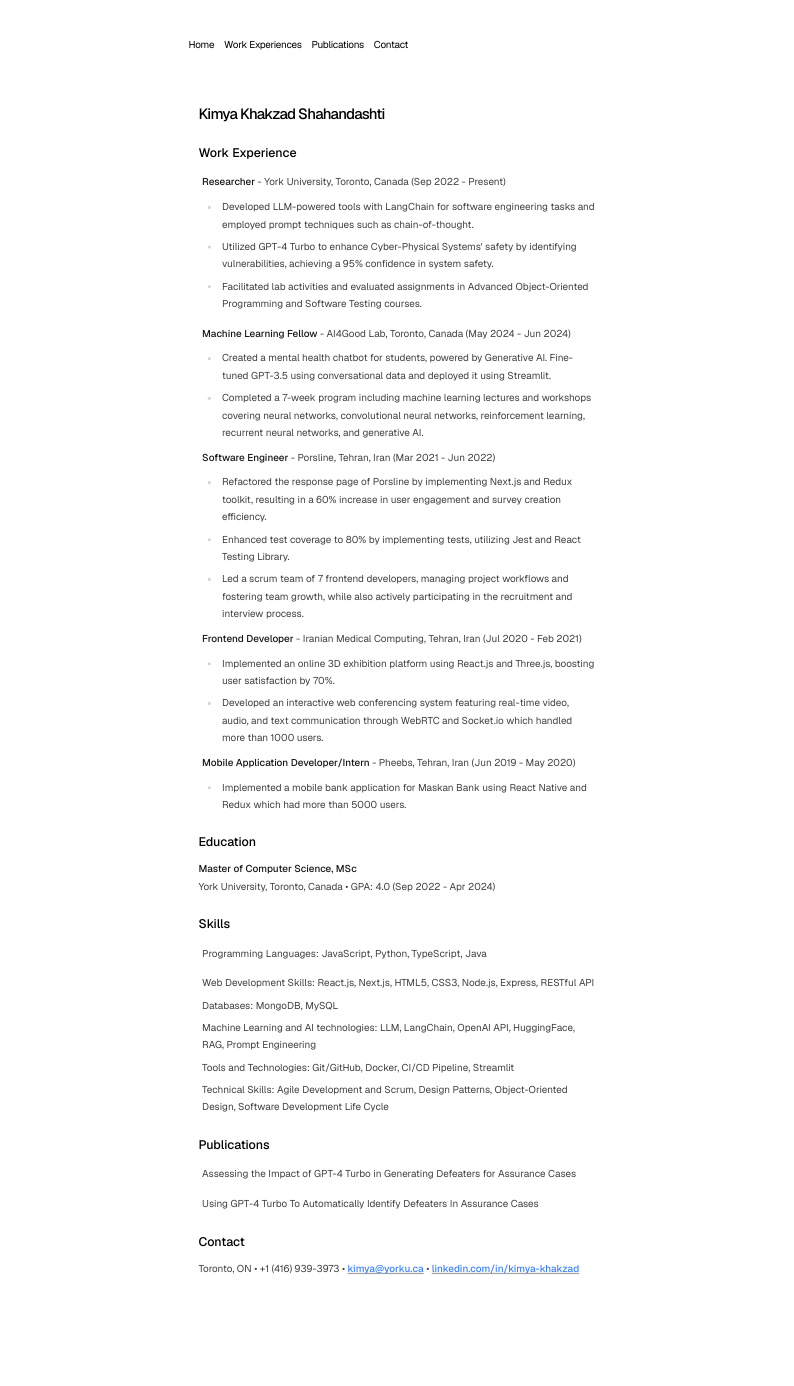
Repository: kimixz/kimixz.github.io
Page: /
The author's editor kept a copy of each file at every save. The page is drawn from the files as they stood at one save, then again after the next save.
The browser window is 1280 px wide. The pictures show the whole page, at 62% of full size.
The project was rebuilt for these pictures with package versions that can differ from the ones it lists, and the page was loaded fresh each time. Some packages were replaced by stand-ins written for this rebuild. The framework's server and built-in components were replaced by stand-ins that run in the browser. Also part of the build but not shown: next.config.mjs, app/blog/[slug]/sandpack.tsx.

Above is the page before, as saved 2024-07-28 16:20:20.

After the next save:
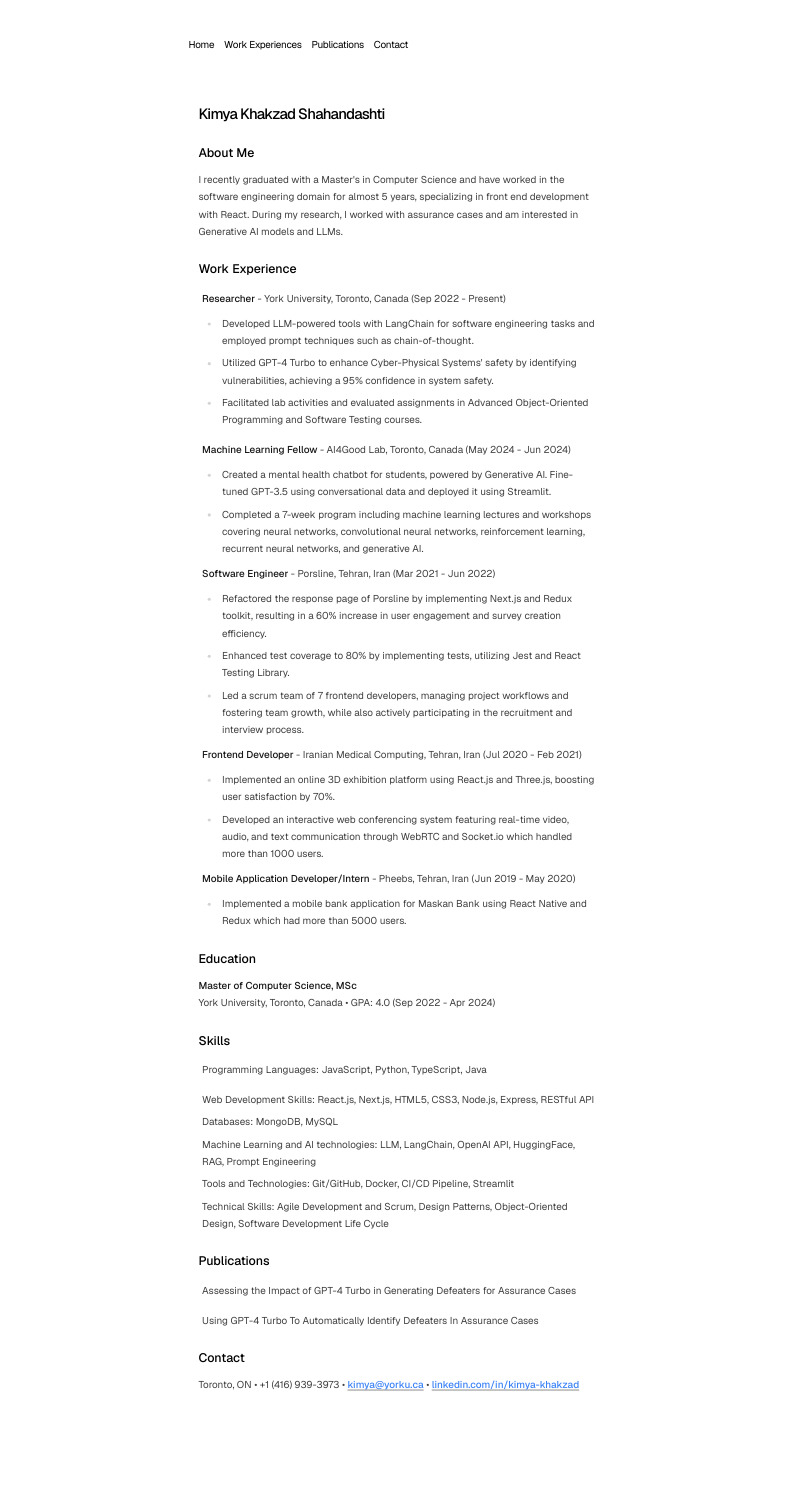
Saved 14 s later.
--- a/app/page.tsx
+++ b/app/page.tsx
@@ -2,6 +2,14 @@ export default function Page() {
   return (
     <section className="max-w-3xl mx-auto p-4">
       <h1 className="font-medium text-2xl mb-8 tracking-tighter">Kimya Khakzad Shahandashti</h1>
+
+      <section className="mb-8">
+        <h2 className="font-medium text-xl mb-4">About Me</h2>
+        <p className="prose prose-neutral dark:prose-invert">
+          I recently graduated with a Master's in Computer Science and have worked in the software engineering domain for almost 5 years, specializing in front end development with React.
+          During my research, I worked with assurance cases and am interested in Generative AI models and LLMs.
+        </p>
+      </section>
 
       <section className="mb-8">
         <h2 className="font-medium text-xl mb-4">Work Experience</h2>
